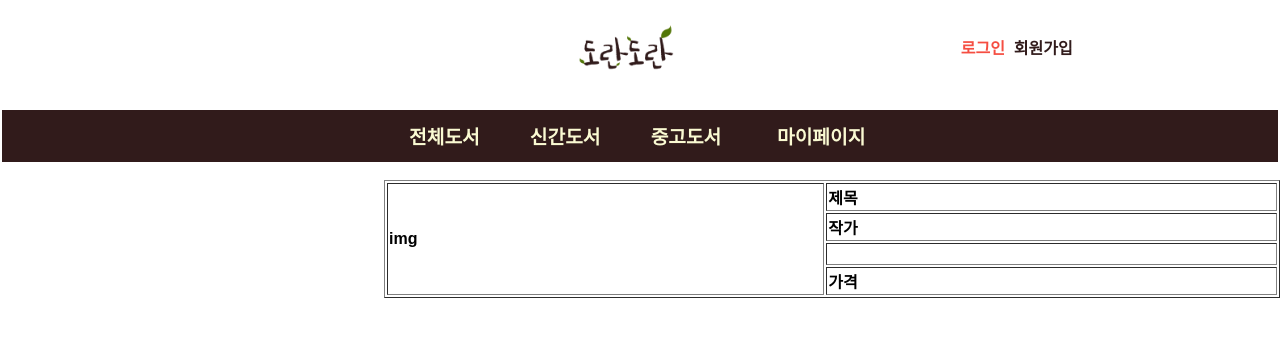
Repository: juhyun110701/DORANDORAN
Page: http://localhost/dorandoran/
An editor plug-in stored every save of this project. The page is shown before and after the next save, followed by the edit.
The browser window is 1280 px wide. The pictures show the whole page.
Some web fonts or font styles are not loaded; a fallback is used. The page is served by Tomcat 9. Queries for data that is not in the repository find no rows.

Above is the page before, as saved 2019-07-31 11:42:44.

### dorandoran/WebContent/index.jsp
<%@ page language="java" contentType="text/html; charset=UTF-8"
    pageEncoding="UTF-8" import="java.sql.*"%>
<%@ page import="doran.db.connection.DBConnection" %>
<!DOCTYPE html>
<html>
<head>
<meta charset="utf-8">
<title>도란도란</title>
<!--
<link rel="shortcut icon" href="img/logo.png">
<link rel="apple-touch-icon" href="img/logo_apple.png">
-->
<link rel="stylesheet" href="css/index.css">
<link href="https://fonts.googleapis.com/css?family=Sunflower:300&display=swap" rel="stylesheet">
</head>
<body>
<jsp:include page="top.jsp" flush="false"/><p>
<table border=1 width="70%" style="margin-left:30%;">
	<tr>
		<td rowspan=4>img</td>
		<td>제목</td>
	</tr>
	<tr>
		<td>작가</td>
	</tr>
	<tr>
		<td><br></td>
	</tr>
	<tr>
		<td>가격</td>
	</tr>

</table>
<%--
    Connection conn=null;
    PreparedStatement pstmt=null;
    ResultSet rs=null;


    pstmt=conn.prepareStatement("select * from BOOK");
    rs=pstmt.executeQuery();
    out.println("<table border=\"1\" style=\"color:black;\">");
    while(rs.next()){
        out.println("<tr>");
        out.println("<td>"+rs.getString("title")+"</td>");
        log(rs.getString("title"));
        out.println("<td>"+rs.getString("writer")+"</td>");
        out.println("<td>"+rs.getString("publisher")+"</td>");
        out.println("<td>"+rs.getString("publish_date")+"</td>");
        out.println("<td>"+rs.getString("stock")+"</td>");
        out.println("<td>"+rs.getString("price")+"</td>");
        out.println("<td>"+rs.getString("genre")+"</td>");
        out.println("<td>"+rs.getString("translator")+"</td>");
        out.println("<td>"+rs.getString("review1")+"</td>");
        out.println("<td>"+rs.getString("review2")+"</td>");
        out.println("</tr>");
    }
    out.println("</table>");

    conn.close();
--%>
<%
	request.setCharacterEncoding("utf-8");

	String id=request.getParameter("id");
	String pw=request.getParameter("pw");

	Boolean isLogin=false;

	//db연결
    Connection conn=null;
    PreparedStatement pstmt=null;
    ResultSet rs=null;

    try{
    	conn=DBConnection.getCon();
    	String sql="select id, pw from member where id='"+id+"' and pw='"+pw+"'";
    	pstmt=conn.prepareStatement(sql);
    	rs=pstmt.executeQuery();

    	while(rs.next()){
  			//isLogin=true;
    		%>
  			<script>
  				var id="<%=id%>";
  				alert(id+"님 로그인되었습니다");
  				<%session.setAttribute("id", id); //세션%>
  				location.href="index.jsp";
  			</script>

<%
  		}//while


    }//try
    catch(SQLException e){
    	System.out.println(e.getMessage());
    }
    finally{
		try{
			if(rs!=null) rs.close();
			if(pstmt!=null) pstmt.close();
			if(conn!=null) conn.close();
		}
		catch(SQLException e){
			System.out.println(e.getMessage());
		}
	}
%>
</body>
</html>

### dorandoran/WebContent/top.jsp
<%@ page language="java" contentType="text/html; charset=UTF-8"
    pageEncoding="UTF-8"%>
<!DOCTYPE html>
<html>
<head>
<meta charset="utf-8">
<title>도란도란</title>
<!--
<link rel="shortcut icon" href="img/logo.png">
<link rel="apple-touch-icon" href="img/logo_apple.png">
-->
<link rel="stylesheet" href="css/index.css">
<link href="https://fonts.googleapis.com/css?family=Sunflower:300&display=swap" rel="stylesheet">
<script>
	function check(){
		alert("로그인 후 이용하실 수 있습니다");
		return ;
	}
</script>
</head>
<body>
    <table id="whole">
        <tr>
            <td width="45%"></td>
            <td width="10%"><a href="index.jsp"><img src="img/logo.png" width="80%"></a></td>
            <td width="45%" style="padding-left:20%;">
            <div id="login"></div>
                		<a href="login.jsp" class="top_menu" style="color:#f54e42;" target="_top">로그인</a>&nbsp;
                		<a href="signup.jsp" class="top_menu" target="_top">회원가입</a><p>
            </td>
        </tr>
        <tr class="menu">
            <td colspan=3>
                <table width="100%" height="50px">
                    <tr>
                       <td width="30%"></td>
                        <td class="menu_in"><a href="index.jsp">전체도서</a></td>
                        <td class="menu_in"><a href="recentBook.jsp">신간도서</a></td>
                        <td class="menu_in"><a href="oldBook.jsp">중고도서</a></td>
                        <td class="menu_in"><a onclick="check()">마이페이지</a></td>
                        <td width="30%"></td>
                    </tr>
                </table></td>
        </tr>
    </table>
</body>
</html>

### dorandoran/src/doran/db/connection/DBConnection.java
package doran.db.connection;

import java.sql.Connection;
import java.sql.DriverManager;
import java.sql.SQLException;

public class DBConnection {
	public static Connection getCon() throws SQLException{
		Connection conn=null;
		try {
			Class.forName("oracle.jdbc.driver.OracleDriver");
			String url = "jdbc:oracle:thin:@10.96.123.224:1521:xe";
		    String user = "doran";
		    String pass = "1234";

		    conn = DriverManager.getConnection(url, user, pass);
		    return conn;
		}
		catch(ClassNotFoundException e) {
			System.out.println(e.getMessage());
			return null;
		}
	}
}

### dorandoran/WebContent/css/index.css
body{
    margin:0;
}

*{
    font-family: 'Sunflower', sans-serif;
    font-weight:bold;
}

#whole{
    width:100%;
    height:100%;
}

a{
    text-decoration: none;
}

.top_menu{
    color:#311b1b;
}

.top_menu:hover{
    color:#ed6853;
}

#logout{
	background-color:transparent;
	border:none;
	outline:none;
}

.menu{
    background-color:#311b1b;
    text-align:center;
    font-size:120%;
}

.menu_in a{
    color:lightgoldenrodyellow;
    width:10%;
}

.menu_in a:hover{
    color:#ed6853;
}

After the next save:
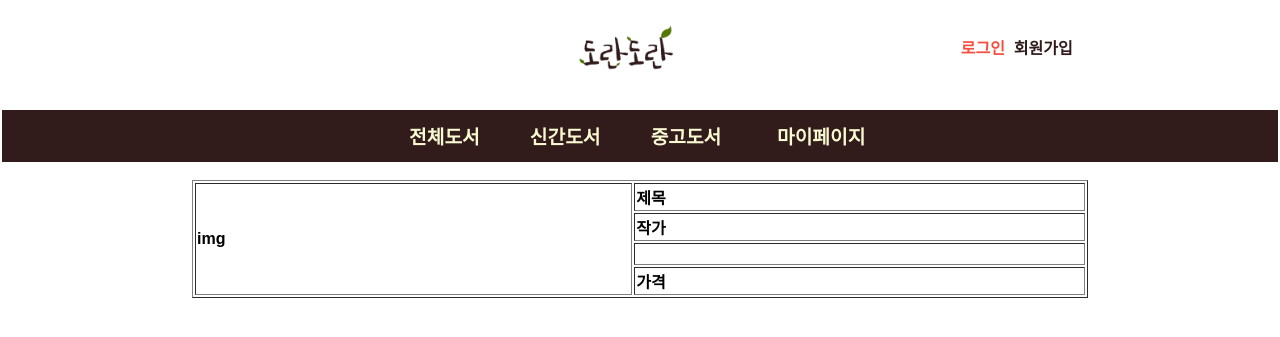
Saved 8 s later.
--- a/dorandoran/WebContent/index.jsp
+++ b/dorandoran/WebContent/index.jsp
@@ -15,7 +15,7 @@
 </head>
 <body>
 <jsp:include page="top.jsp" flush="false"/><p>
-<table border=1 width="70%" style="margin-left:30%;">
+<table border=1 width="70%" style="margin-left:15%;">
 	<tr>
 		<td rowspan=4>img</td>
 		<td>제목</td>
